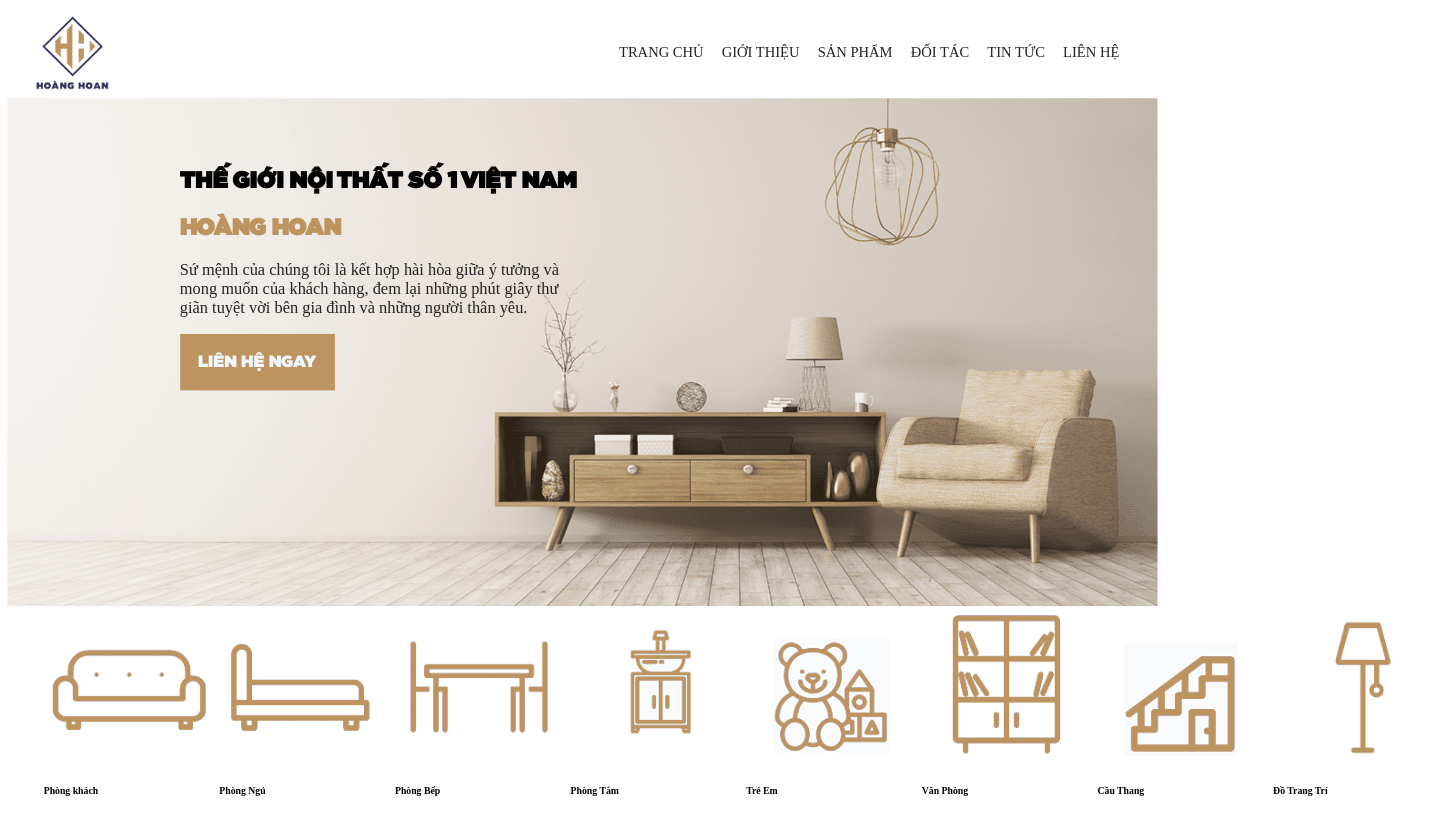
Repository: LDDUNG2003/front_end
Page: index.html
The author's editor kept a copy of each file at every save. The page is drawn from the files as they stood at one save, then again after the next save.
The browser window is 1280 px wide. The page is 1592 px wide, so the pictures cover 1592 px, including what lies to the right of the window. The pictures show the whole page, at 91% of full size.

Above is the page before, as saved 2023-08-28 22:32:01.

### index.html
<!DOCTYPE html>
<html lang="en">

<head>
    <meta charset="UTF-8">
    <meta name="viewport" content="width=device-width, initial-scale=1.0">
    <title>Document</title>
    <link rel="stylesheet" href="./public/css/base.css">
    <link rel="stylesheet" href="./public/css/home.css">
</head>

<body>
    <div class="main">
        <div class="header">
            <div class="navBar">
                <img src="./public/img/logo.png" alt="logo" class="logo">
                <ul class="navBar__list">
                    <li class="navBar__list-item"><a href="" class="navBar__list--link">trang chủ</a></li>
                    <li class="navBar__list-item">
                        <a href="" class="navBar__list--link">giới thiệu</a>
                    </li>
                    <li class="navBar__list-item">
                        <a href="" class="navBar__list--link">sản phẩm</a>
                    </li>
                    <li class="navBar__list-item">
                        <a href="" class="navBar__list--link">đối tác</a>
                    </li>
                    <li class="navBar__list-item">
                        <a href="" class="navBar__list--link">tin tức</a>
                    </li>
                    <li class="navBar__list-item">
                        <a href="" class="navBar__list--link">liên hệ</a>
                    </li>
                </ul>
            </div>
        </div>
        <div class="content">
            <div class="content__banner">
                <div class="content--list-image">
                    <img class="content--image" src="./public/img/banner.png" alt="">
                </div>
                <div class="banner--content">
                    <h2 class="banner--content-text-title">THẾ GIỚI NỘI THẤT SỐ 1 VIỆT NAM</h2>
                    <h2 class="banner--content-text-title" style="color: var(--primary-color)">hoàng hoan</h2>
                    <p class="banner--content-text">Sứ mệnh của chúng tôi là kết hợp hài hòa giữa ý tưởng và mong muốn của khách hàng, đem lại những phút giây thư giãn tuyệt vời bên gia đình và những người thân yêu.</p>
                    <button class="banner--button">LIÊN HỆ NGAY</button>
                </div>
            </div>
            <div class="content__focut">
                <ul class="focut--list">
                    <li class="focut--item">
                        <img src="./public/img/product/icon-phong-khach.png" alt="" class="focut--img">
                        <h6 class="focut--text">Phòng khách</h6>
                    </li>
                    <li class="focut--item">
                        <img src="./public/img/product/icon-phong-ngu.png" alt="" class="focut--img">
                        <h6 class="focut--text">Phòng Ngủ</h6>
                    </li>
                    <li class="focut--item">
                        <img src="./public/img/product/icon-phong-bep.png" alt="" class="focut--img">
                        <h6 class="focut--text">Phòng Bếp</h6>
                    </li>
                    <li class="focut--item">
                        <img src="./public/img/product/icon-phong-tam.png" alt="" class="focut--img">
                        <h6 class="focut--text">Phòng Tắm</h6>
                    </li>
                    <li class="focut--item">
                        <img src="./public/img/product/icon-tre-em.png" alt="" class="focut--img">
                        <h6 class="focut--text">Trẻ Em</h6>
                    </li>
                    <li class="focut--item">
                        <img src="./public/img/product/icon-van-phong.png" alt="" class="focut--img">
                        <h6 class="focut--text">Văn Phòng</h6>
                    </li>
                    <li class="focut--item">
                        <img src="./public/img/product/icon-cau-thang.png" alt="" class="focut--img">
                        <h6 class="focut--text">Cầu Thang</h6>
                    </li>
                    <li class="focut--item">
                        <img src="./public/img/product/icon-do-trang-tri.png" alt="" class="focut--img">
                        <h6 class="focut--text">Đồ Trang Trí</h6>
                    </li>
                </ul>
            </div>
        </div>
        <div class="footer"></div>
</body>

</html>

### public/css/base.css
:root {
    --primary-color: #bd945f;
    --text-color: #222222;
}


/* font setting */

@font-face {
    font-family: "gotham-family";
    src: url(../front/Gotham-Medium.otf);
    font-family: "gotham-linear";
    src: url(../front/Gotham-Thin.otf);
    font-family: "gotham-utral";
    src: url(../front/Gotham-Ultra.otf);
}

* {
    font-family: "gotham-family";
}

.main {
    width: 100%;
}

.header {
    padding: 10px 0px;
    margin: auto;
    width: 100%;
    max-width: 1200px;
}

.navBar {
    display: flex;
    width: 100%;
    justify-content: space-between;
}

.logo {
    height: 80px;
}

.navBar__list {
    display: flex;
    list-style: none;
    align-items: center;
}

.navBar__list-item {
    margin: 0 10px;
}

.navBar__list--link {
    text-transform: uppercase;
    font-size: 16px;
    color: var(--text-color);
    text-decoration: none;
}

### public/css/home.css
.content {
    width: 100%;
    max-width: 1400px;
    margin: auto;
}

.content__banner {
    width: 100%;
    position: relative;
}

.content--list-image {
    width: 100%;
    max-width: 1500px;
    margin: auto;
}

.content--image {
    width: 100%;
}

.banner--content {
    position: absolute;
    top: 10%;
    left: 15%;
}

.banner--content-text-title {
    text-transform: uppercase;
    font-family: 800;
    font-family: "gotham-utral";
    font-size: 25px;
}

.banner--content-text {
    font-size: 18px;
    color: var(--text-color);
    width: 420px;
}

.banner--button {
    padding: 20px;
    color: aliceblue;
    background-color: var(--primary-color);
    border: none;
    font-family: "gotham-utral";
    font-size: 18px;
    cursor: pointer;
}

.content__focut {
    max-width: 1200px;
}

.focut--list {
    margin: auto;
    display: flex;
    width: 100%;
    list-style: none;
}

.focut--item {}

.focut--img {}

.focut--text {}

After the next save:
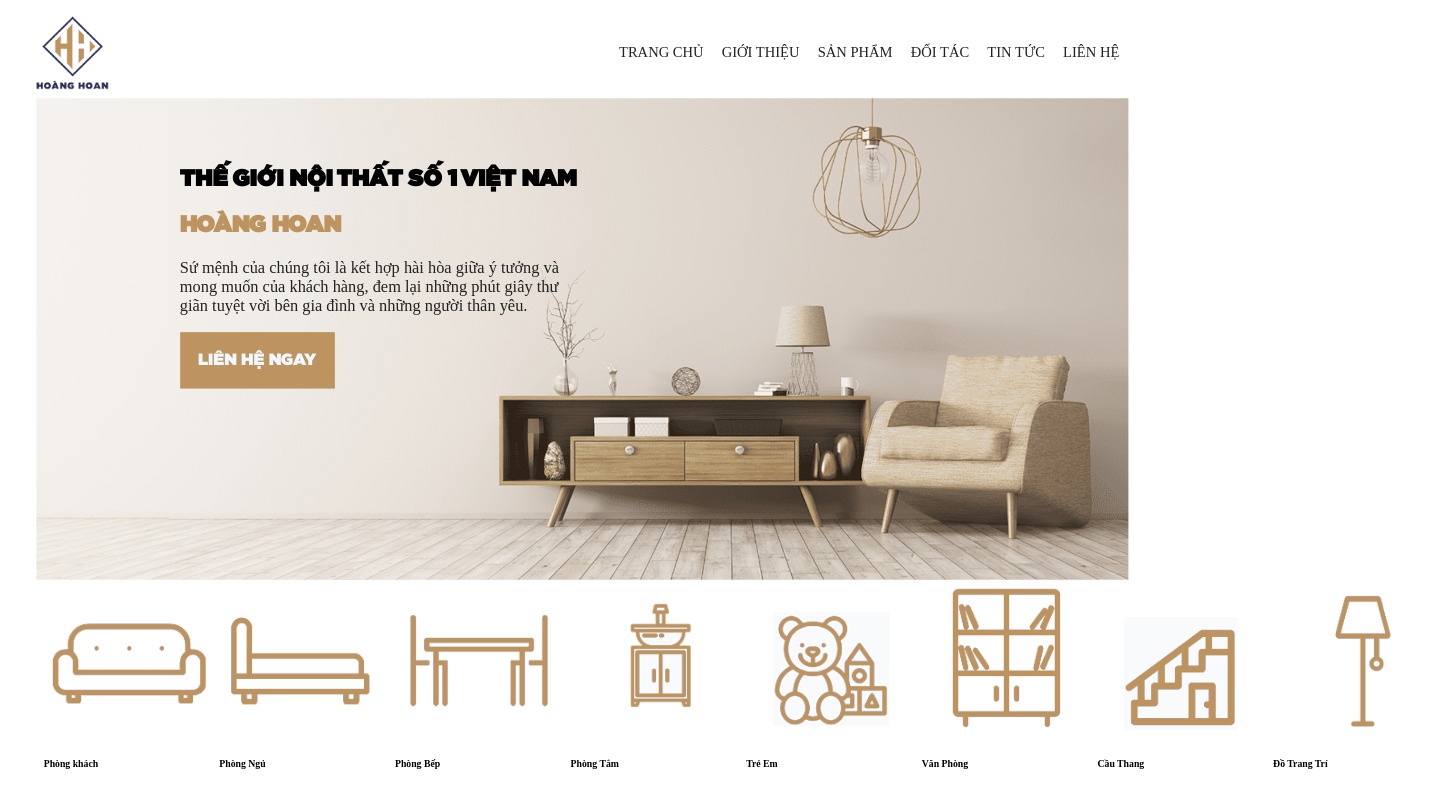
Saved 6 s later.
--- a/public/css/home.css
+++ b/public/css/home.css
@@ -11,7 +11,7 @@
 
 .content--list-image {
     width: 100%;
-    max-width: 1500px;
+    max-width: 1200px;
     margin: auto;
 }
 

After the 2 saves that followed:
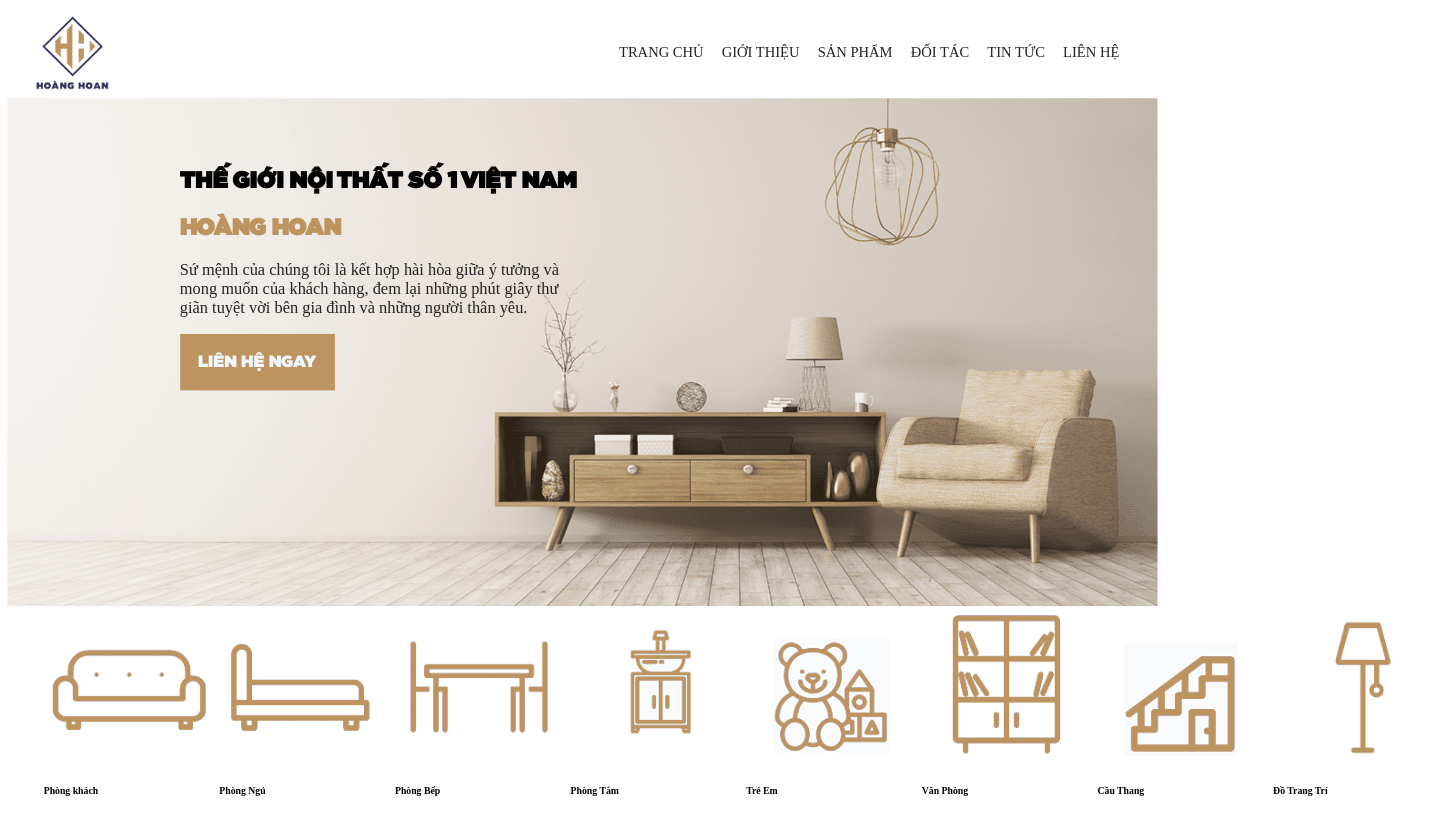
The 2 saves are shown as one change because 1 left the picture as it was.
The last was saved 69 s later.
--- a/public/css/home.css
+++ b/public/css/home.css
@@ -11,7 +11,7 @@
 
 .content--list-image {
     width: 100%;
-    max-width: 1200px;
+    max-width: 1500px;
     margin: auto;
 }
 
